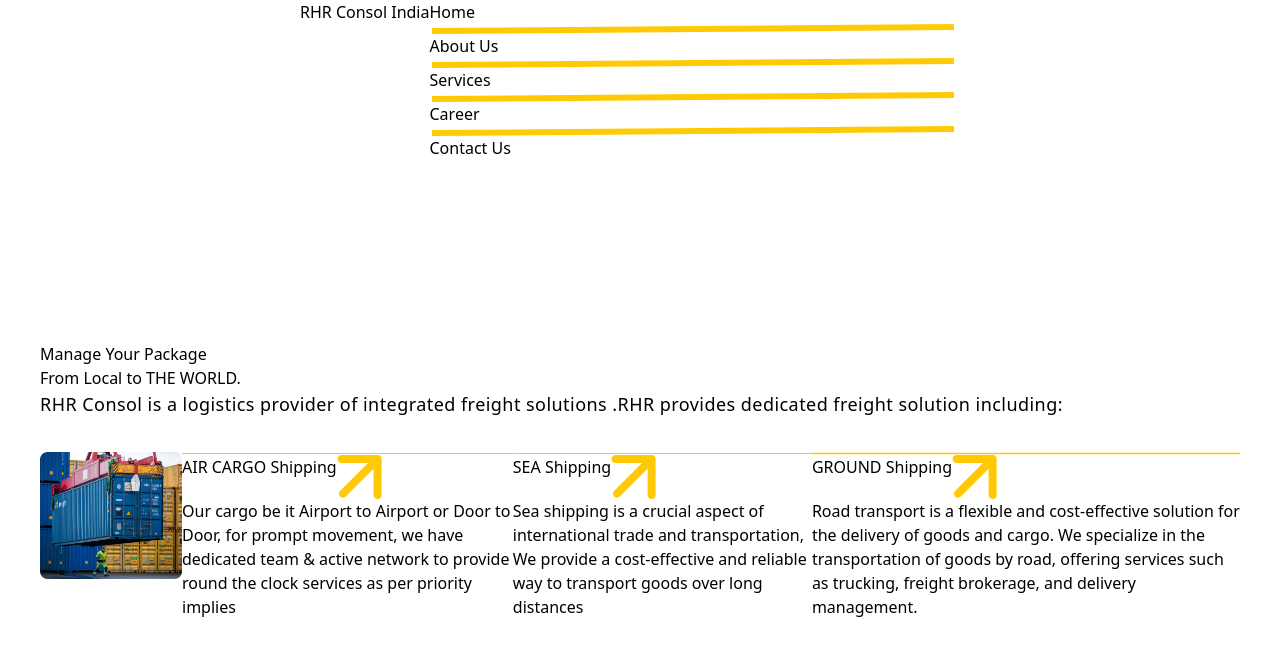
Repository: husainmamuwala/RHRConsol
Page: /services
The author's editor kept a copy of each file at every save. The page is drawn from the files as they stood at one save, then again after the next save.
The browser window is 1280 px wide. The pictures show the whole page.
The project was rebuilt for these pictures with package versions that can differ from the ones it lists, and the page was loaded fresh each time. The framework's server and built-in components were replaced by stand-ins that run in the browser. Also part of the build but not shown: next.config.js.

Above is the page before, as saved 2023-02-04 10:23:44.

### pages/services.jsx
import React from 'react'
import Navbar from '../Components/Navbar'
import Services from '../Components/Services'

const services = () => {
  return (
    <div>
        <div>
            <Navbar/>
        </div>
        <div>
          <Services/>
        </div>
    </div>
  )
}

export default services

### styles/globals.css
@tailwind base;
@tailwind components;
@tailwind utilities;

@layer base{
    @font-face{
        font-family: "Mulish";
        src: url('/fonts/Mulish.woff') format('woff');
        font-family: 'Montserrat', sans-serif

    }

}

### Components/Navbar.jsx
import React, { useState } from "react";
import Link from "next/link";
import { Bars3Icon, XMarkIcon } from "@heroicons/react/24/solid";

const Navbar = () => {
  const Links = [
    {
      name: "Home",
      link: "/",
    },
    {
      name: "About Us",
      link: "/about",
    },
    {
      name: "Services",
      link: "/services",
    },
    {
        name:"Career",
        link:'/career',
    }
  ];
  const [open, setOpen] = useState(false);
  return (
    <div className="w-full top-0 px-5 bg-[#1C2C5E]">
      <div className="lg:flex justify-between lg:items-center flex py-2">
        <div className="flex items-center">
          <Link href="/">
          <svg
          className="w-16 h-16 " width="auto" height="auto" viewBox="0 0 86 98" fill="none" xmlns="http://www.w3.org/2000/svg">
              <rect x="1" y="24" width="5" height="50" fill="white"/>
              <path d="M35 17L40 14V94H35V17Z" fill="white"/>
              <path d="M36.525 51L36 46H50V51H36.525Z" fill="white"/>
              <path d="M51 80L46 83L46 3L51 4L51 80Z" fill="white"/>
              <path d="M12 66.5375L17 69L17 29L12 29.4875L12 66.5375Z" fill="white"/>
              <path d="M24 49L29 46.3267V22L24 22.3506V49Z" fill="white"/>
              <path d="M24 73.8303L29 75V56L24 56.2316V73.8303Z" fill="white"/>
              <path d="M26.2657 60.4936L29 56L13.5833 47L13.5834 53L26.2657 60.4936Z" fill="white"/>
              <path d="M15.7343 53.7164L13 49.2227L28.4167 40.2227L28.4166 46.2227L15.7343 53.7164Z" fill="white"/>
              <path d="M14.7362 33.7152L12 29.2227L29.1541 19.1742L28.8523 25.3563L14.7362 33.7152Z" fill="white"/>
              <path d="M73.8083 66.586L68.8083 69.0485V29.0485L73.8083 29.536V66.586Z" fill="white"/>
              <path d="M61.8083 49.0485L56.8083 46.3752V22.0485L61.8083 22.3992V49.0485Z" fill="white"/>
              <path d="M61.8083 73.8788L56.8083 75.0485V56.0485L61.8083 56.2801V73.8788Z" fill="white"/>
              <path d="M59.5427 60.5422L56.8084 56.0485L72.225 47.0485L72.225 53.0485L59.5427 60.5422Z" fill="white"/>
              <path d="M70.074 53.7649L72.8083 49.2712L57.3917 40.2712L57.3917 46.2712L70.074 53.7649Z" fill="white"/>
              <path d="M71.0722 33.7638L73.8083 29.2712L56.6543 19.2227L56.9561 25.4048L71.0722 33.7638Z" fill="white"/>
              <rect x="81" y="24" width="5" height="50" fill="white"/>
              <path d="M40.5 1L40.5001 7.49999L3.33602 28.425L0.761346 24.1388L40.5 1Z" fill="white"/>
              <path d="M81 70L86.0001 73.5L46 96.5L46 90L81 70Z" fill="white"/>
              <path d="M83.1641 28.2111L85.7388 23.925L46.0001 0.999995L46.0001 4L46 6.5L83.1641 28.2111Z" fill="white"/>
              <path d="M40 96.5L40.0001 90L3.57476 70L1.00009 74.2861L40 96.5Z" fill="white"/>
        </svg>
          </Link>
        <p className="text-white pl-2 font-semibold lg:font-bold lg:text-2xl lg:tracking-wider">RHR Consol India</p>
        </div>
        <div
          onClick={() => setOpen(!open)}
          className="text-3xl cursor-pointer lg:hidden self-center place-content-end ml-auto mr-5"
        >
          {!open ? <Bars3Icon className="h-10 w-10 text-[#FFCA05]" /> : <XMarkIcon className="h-10 w-10 text-[#FFCA05]" />}
        </div>
        <div className="">
          <ul
            className={`lg:flex lg:flex-row lg:items-center font-Montserrat lg:pb-0 text-white
            absolute lg:static bg-[#1C2C5E] lg:bg-transparent lg:z-auto w-full left-0  lg:pl-0 pl-9 lg:w-auto
            transition-all duration-1000 ease-in top-20 pb-5 rounded-b-2xl z-40
            ${open ? "flex-col" : "hidden"}`}
          >
            {Links.map((link) => (
              <li onClick={() => setOpen(false)} key={link.link} className="
              md:ml-8 text-xl md:text-lg my-7 hover:text-[#FFCA05] transition-all hover:top-1 pl-2">
                <Link href={link.link}>{link.name}</Link>
                <svg
              className="w-[10rem] lg:w-[15rem] lg:ml-14 lg:hidden"
              width="auto"
              height="10"
              viewBox="0 0 262 5"
              fill="none"
              xmlns="http://www.w3.org/2000/svg"
            >
              <line x1="0.988506"y1="3.50004"x2="261.988"y2="1.50004"stroke="#FFCA05"stroke-width="3"/>
            </svg>
              </li>
            ))}
            <div className="py-4 ml-1">
              <a href="/contact">
            <button className="bg-[#FFCA05] rounded-xl px-5 py-1 text-[#1C2C5E] font-Montserrat md:text-lg
            lg:ml-10 hover:scale-105">
                Contact Us
            </button>
              </a>
            </div>
          </ul>
        </div>
      </div>
    </div>
  );
};

export default Navbar;

### Components/Services.jsx
import React, { Component } from 'react';


const Services = () => {
  const Data = [
    {
      main:"AIR CARGO",
      sub:"Shipping",
      icon:"img/a2.png",
      desc:"Our cargo be it Airport to Airport or Door to Door, for prompt movement, we have dedicated team & active network to provide round the clock services as per priority implies",

    },
    {
      main:"SEA",
      sub:"Shipping",
      icon:"img/a2.png",
      desc:"Sea shipping is a crucial aspect of international trade and transportation, We provide a cost-effective and reliable way to transport goods over long distances",

    },
    {
      main:"GROUND",
      sub:"Shipping",
      icon:"img/a2.png",
      desc:"Road transport is a flexible and cost-effective solution for the delivery of goods and cargo. We specialize in the transportation of goods by road, offering services such as trucking, freight brokerage, and delivery management.",

    }
  ];

  return (
    <div className='px-10 py-5'>
      <div className='bg-secondary w-full rounded-[2rem] md:py-10 py-5 md:px-10 px-5'>
        <div className='flex flex-row justify-between'>
          <div className=' text-white'>
            <span className='md:text-6xl text-xl font-bold'>Manage Your Package</span>
            <br />
            <span className='md:text-6xl text-xl font-bold '>From Local to <span className='text-primary'> THE WORLD.</span></span>
            <br />
            <span className='text-lg tracking-wide'>RHR Consol is a logistics provider of integrated freight solutions .RHR provides dedicated freight solution including:</span>
          </div>
          <div className=''>
            <img
              src='img/arrow 1.png'
              alt=' ' />
          </div>
        </div>


        <div className='py-5 flex md:flex-row flex-col mt-5'>
          <div className='w-1/2 h-auto'>
            <img
              src='img/service1.png'
              className='' />
          </div>
          <div className='flex flex-col'>
          {
            Data.map((d)=>(
          <div className='md:pr-28 md:ml-5'>
            <div className='w-full'>
            <svg width="auto" height="3" viewBox="0 0 900 3" fill="none" xmlns="http://www.w3.org/2000/svg"
            className='md:w-[53rem]'>
              <line y1="1.5" x2="900" y2="1.5" stroke="#FFCA05" stroke-width="3" />
            </svg>
            </div>
            <div className='flex flex-row justify-between mt-3'>
              <p className='text-white font-semibold md:text-3xl text-xl'>
                <span className='text-primary'>{d.main}{" "}</span>{d.sub}</p>
              <img
                src={d.icon} />
            </div>
            <p className='text-white pr-10 pb-2'>{d.desc}</p>
          </div>
            ))
          }
          </div>
        </div>
      </div>
    </div>
  )
}

export default Services;

### tailwind.config.js
/** @type {import('tailwindcss').Config} */
module.exports = {
  content: [
    "./pages/**/*.{js,ts,jsx,tsx}",
    "./components/**/*.{js,ts,jsx,tsx}",
  ],
  theme: {
    extend: {
      fontFamily: {
        mulish:'Mulish'
      },
      colors:{
        primary:"#FFCA05",
        secondary:"#1C2C5E",
      }
    },
  },
  plugins: [

  ],
}

Loaded but not shown: pages/_app.js (common file)

After the next save:
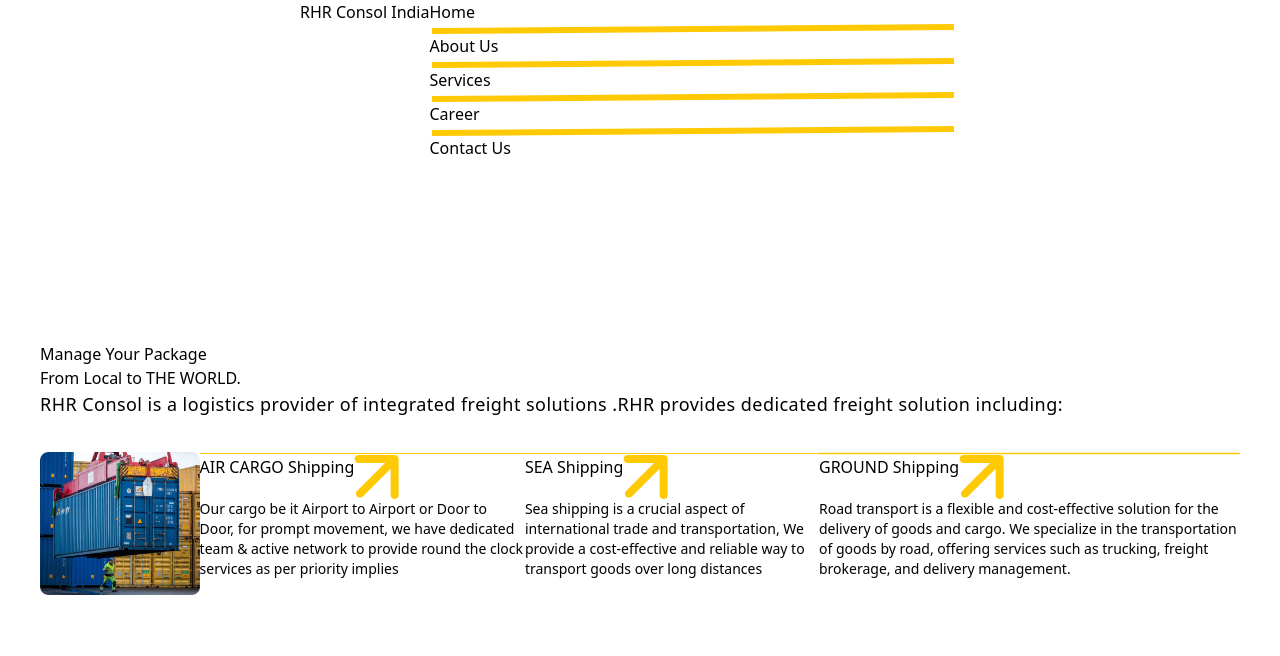
Saved 13 s later.
--- a/Components/Services.jsx
+++ b/Components/Services.jsx
@@ -67,7 +67,7 @@
               <img
                 src={d.icon} />
             </div>
-            <p className='text-white pr-10 pb-2'>{d.desc}</p>
+            <p className='text-white pr-10 pb-2 text-sm'>{d.desc}</p>
           </div>
             ))
           }
